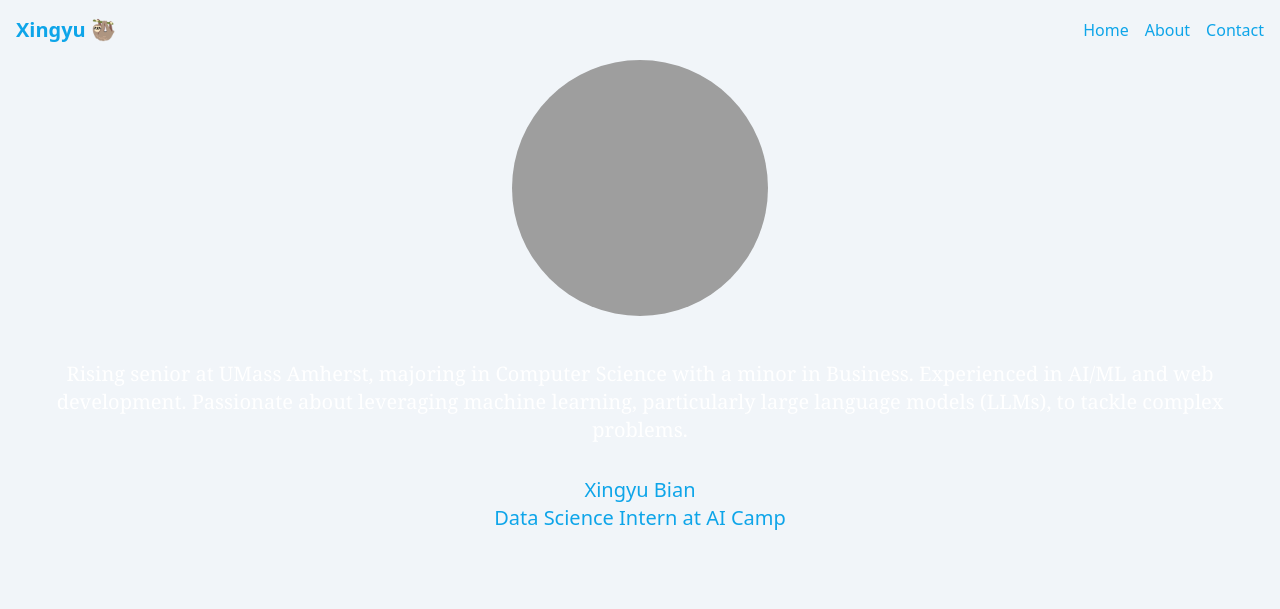
Repository: therealcyberlord/personal-portfolio
Page: /
These files come from the project's save history. The page is drawn as it stood at one moment and after the next save; the edit follows.
The browser window is 1280 px wide. The pictures show the whole page.
Pictures or frames that could not be fetched are drawn as grey boxes. The project was rebuilt for these pictures with package versions that can differ from the ones it lists, and the page was loaded fresh each time. Also part of the build but not shown: vite.config.ts, src/pages/About.tsx, src/pages/Contact.tsx.

Above is the page before, as saved 2023-07-23 13:02:04.

After the next save:
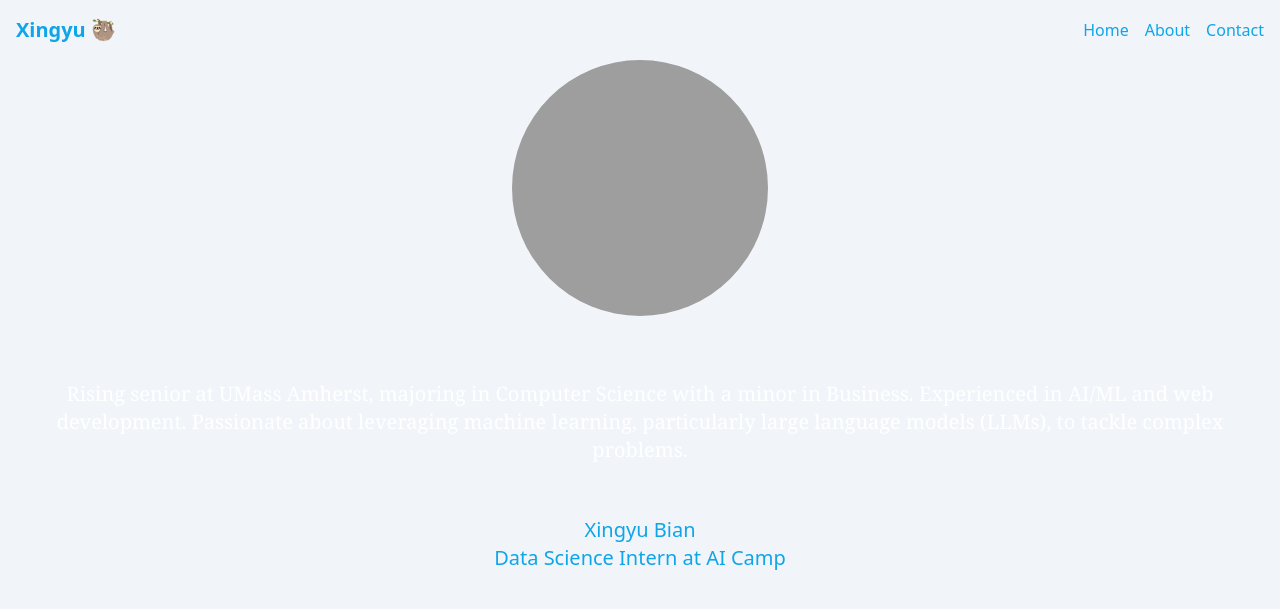
Saved 25 s later.
--- a/src/components/Profile.tsx
+++ b/src/components/Profile.tsx
@@ -43,7 +43,7 @@
         <div className="pt-6 text-center space-y-4">
           <blockquote>
             {/* Add a larger font size class, e.g., 'text-xl' */}
-            <p className="p-5 text-lg text-white text-xl font-serif">
+            <p className="p-10 text-lg text-white text-xl font-serif">
               {description}
             </p>
           </blockquote>

After the save that followed:
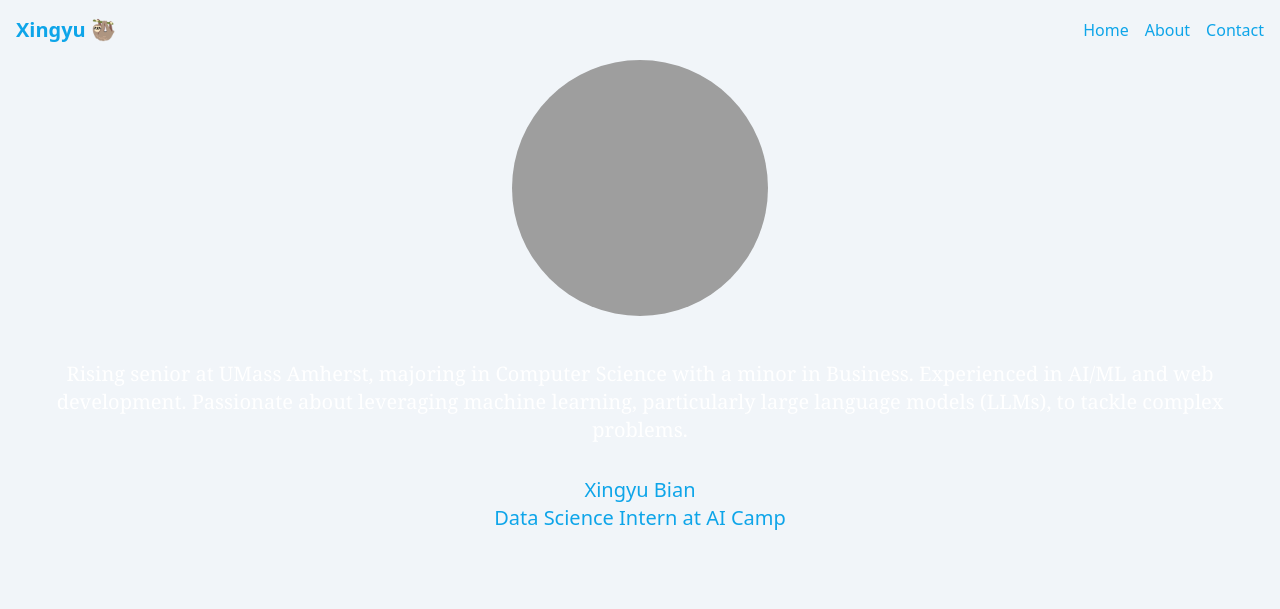
Saved 4 s later.
--- a/src/components/Profile.tsx
+++ b/src/components/Profile.tsx
@@ -43,7 +43,7 @@
         <div className="pt-6 text-center space-y-4">
           <blockquote>
             {/* Add a larger font size class, e.g., 'text-xl' */}
-            <p className="p-10 text-lg text-white text-xl font-serif">
+            <p className="p-5 text-lg text-white text-xl font-serif">
               {description}
             </p>
           </blockquote>
